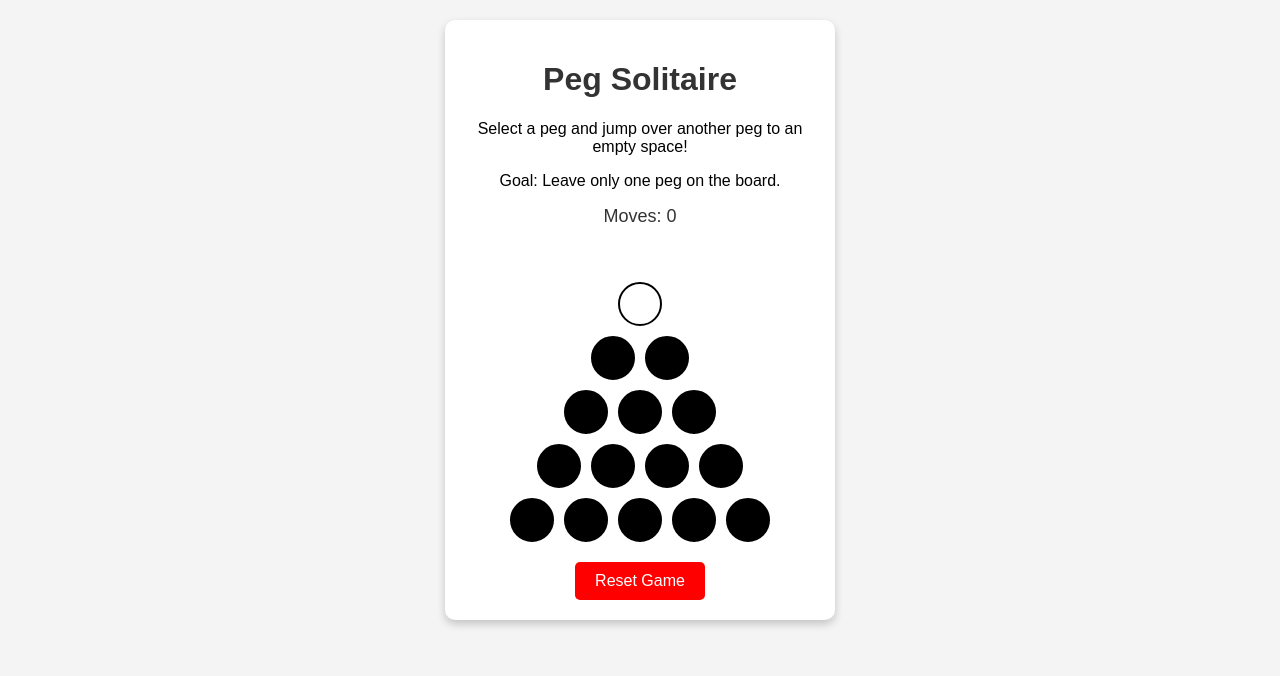
Repository: Yash19075/Mathematical-Peg-game
Page: Peg-game.html
These files come from the project's save history. The page is drawn as it stood at one moment and after the next save; the edit follows.
The browser window is 1280 px wide. The pictures show the whole page.

Above is the page before, as saved 2025-03-19 10:29:01.

After the next save:
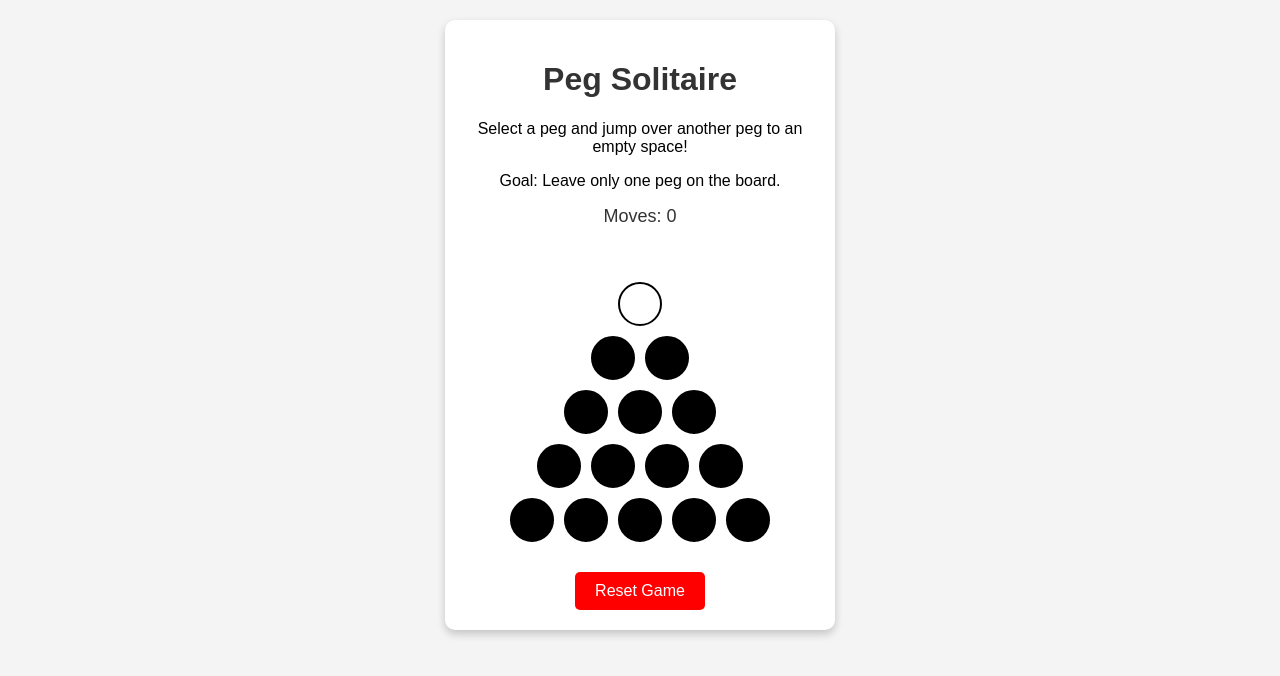
Saved 8 s later.
--- a/Peg-game.css
+++ b/Peg-game.css
@@ -44,7 +44,7 @@ h1 {
 }
 
 #reset-btn {
-    margin-top: 15px;
+    margin-top: 25px;
     padding: 10px 20px;
     font-size: 16px;
     background-color: red;
